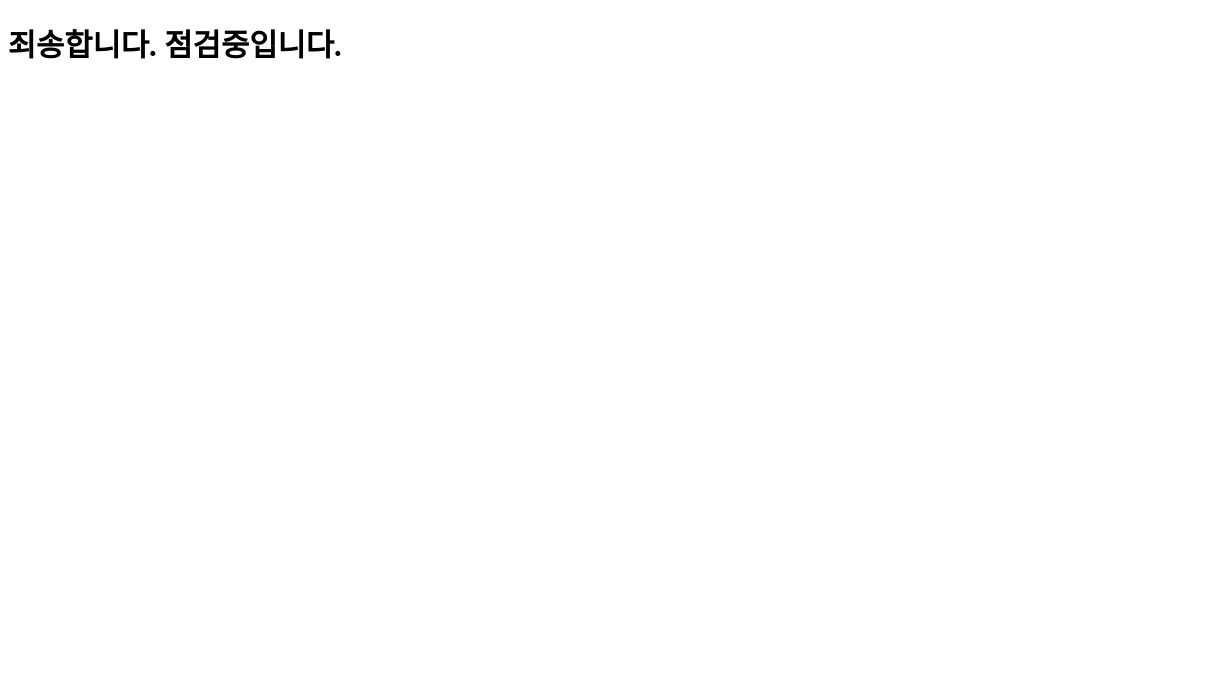
Repository: cordingdodo/javaworks2
Page: http://localhost/practice01/errorPage.jsp
The author's editor kept a copy of each file at every save. The page is drawn from the files as they stood at one save, then again after the next save.
The browser window is 1280 px wide. The pictures show the whole page, at 96% of full size.
The page is served by Tomcat 9. Other server files are loaded and not shown.

Above is the page before, as saved 2022-10-21 04:35:03.

### practice01/WebContent/errorPage.jsp
<%@ page language="java" contentType="text/html; charset=UTF-8"
    pageEncoding="UTF-8"%>
<!DOCTYPE html>
<html>
<head>
<meta charset="UTF-8">
<title>점검중</title>
</head>
<body>
	<h1>죄송합니다. 점검중입니다.</h1>
</body>
</html>

After the next save:
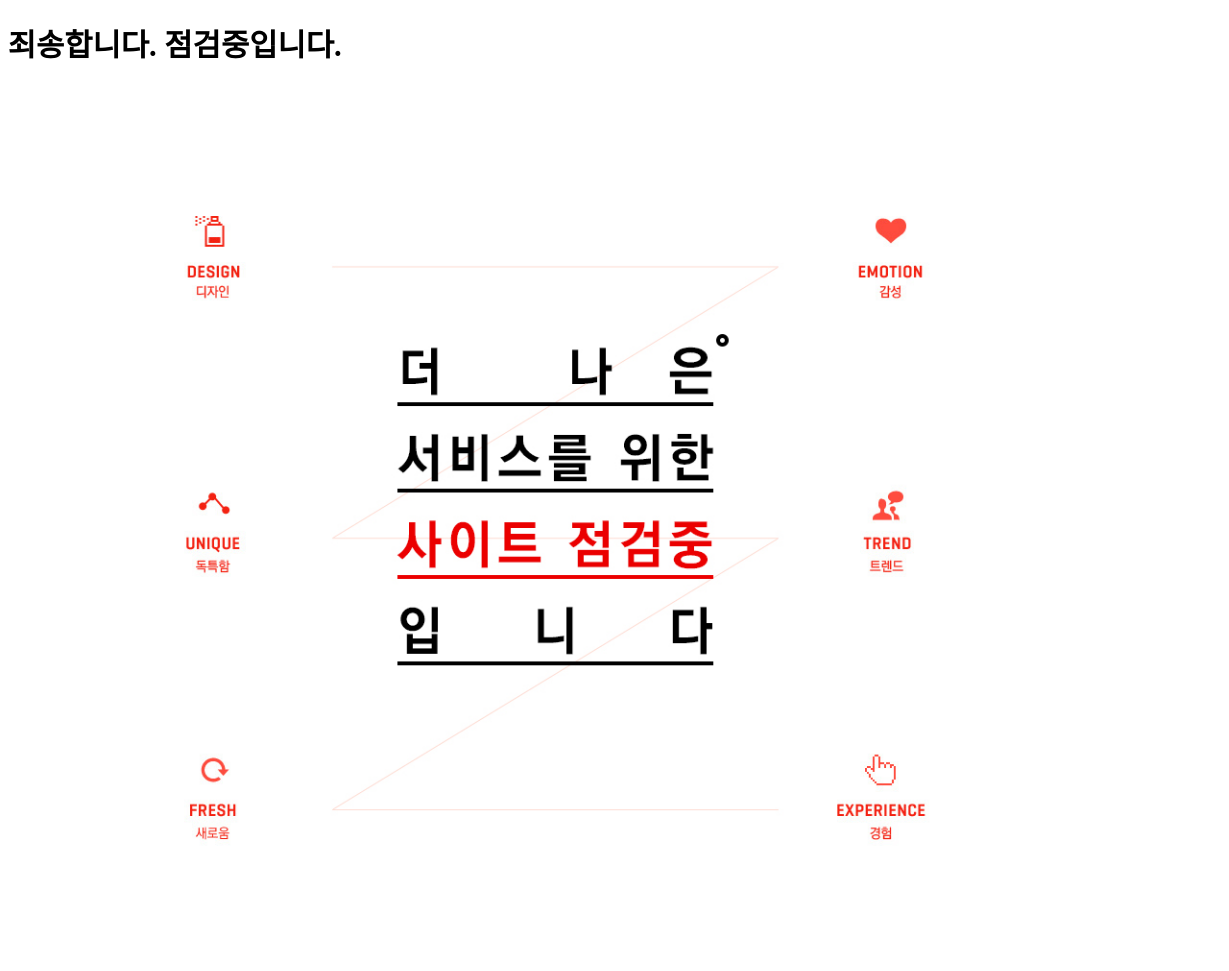
Saved 2 min 29 s later.
--- a/practice01/WebContent/errorPage.jsp
+++ b/practice01/WebContent/errorPage.jsp
@@ -8,5 +8,6 @@
 </head>
 <body>
 	<h1>죄송합니다. 점검중입니다.</h1>
+	<img src="./img/error.jpg" alt="점검중"/>
 </body>
 </html>
